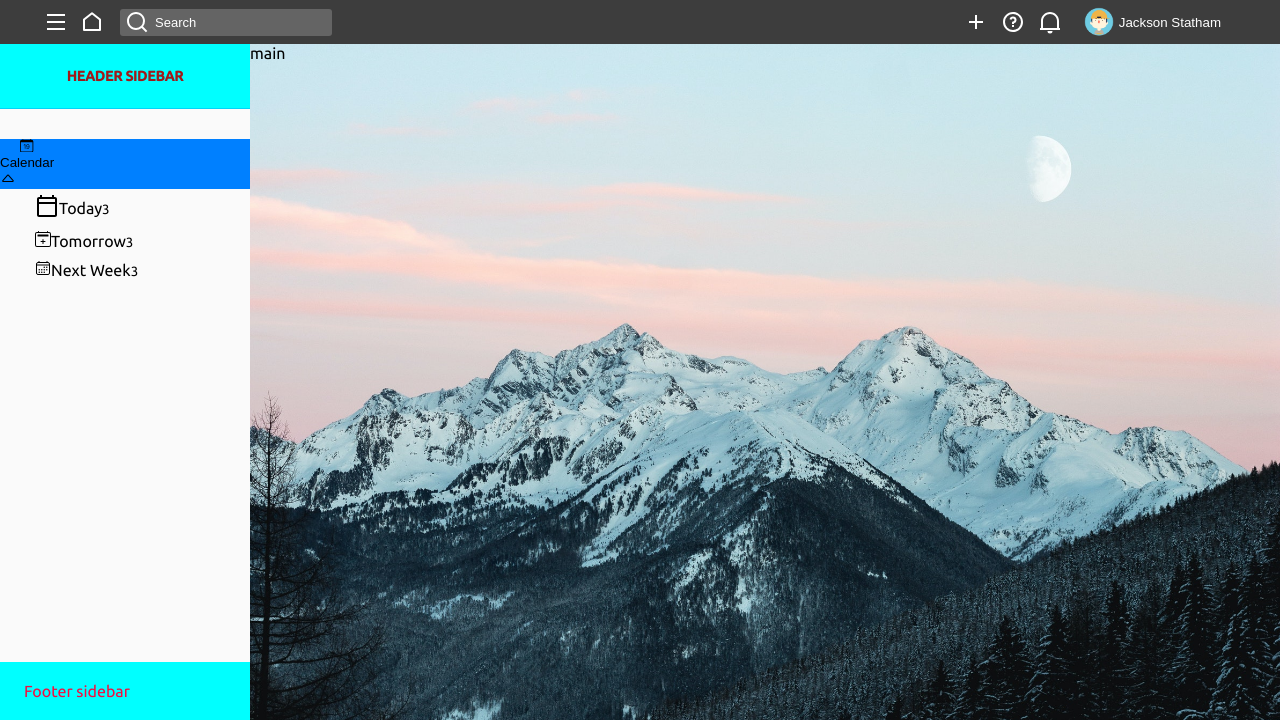
Repository: huuthe1999/to-do-list
Page: /
The author's editor kept a copy of each file at every save. The page is drawn from the files as they stood at one save, then again after the next save.
The browser window is 1280 px wide. The pictures show the whole page.
The project was rebuilt for these pictures with package versions that can differ from the ones it lists, and the page was loaded fresh each time. Also part of the build but not shown: src/components/form/addForm/addForm.scss, src/components/form/addForm/AddForm.js, src/components/modal/modal.scss, src/components/modal/Modal.js.

Above is the page before, as saved 2022-02-17 14:28:09.

After the next save:
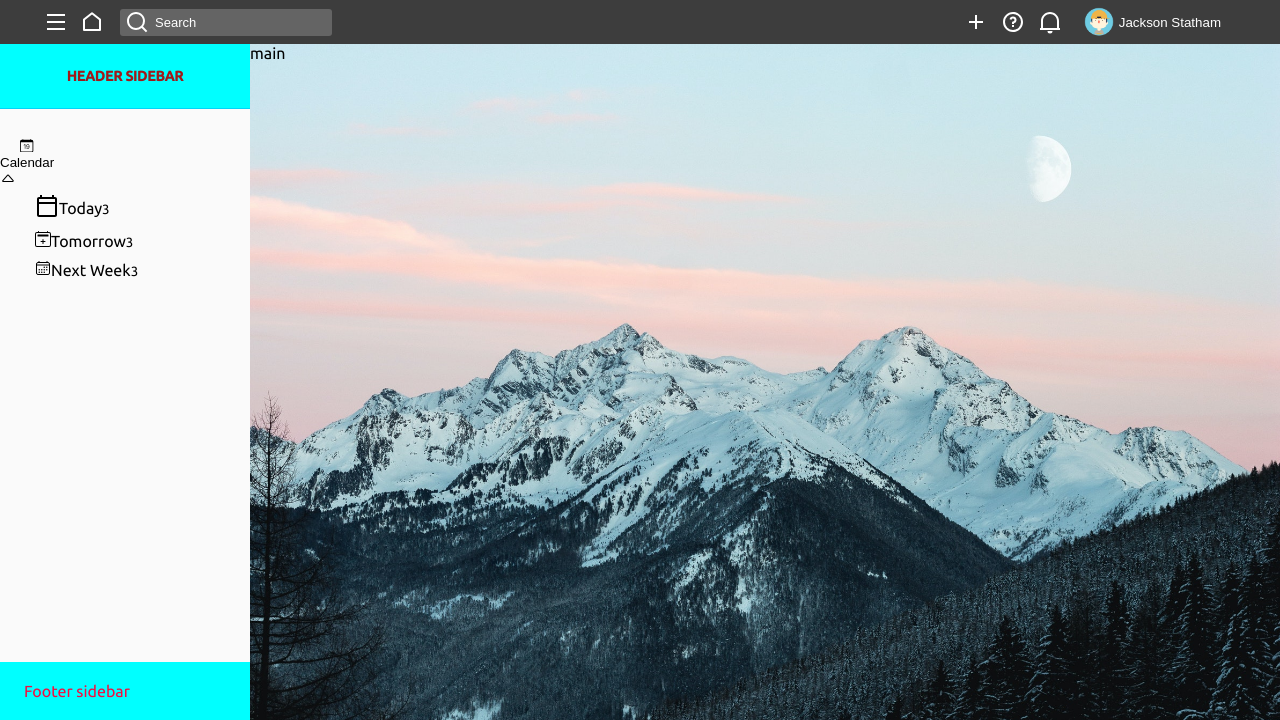
Saved 8 s later.
--- a/src/components/calendar/calendar.scss
+++ b/src/components/calendar/calendar.scss
@@ -2,7 +2,6 @@
 	width: 100%;
 
 	&__header {
-		background-color: #0080ff;
 		margin-left: -30px;
 		margin-right: -10px;
 	}
